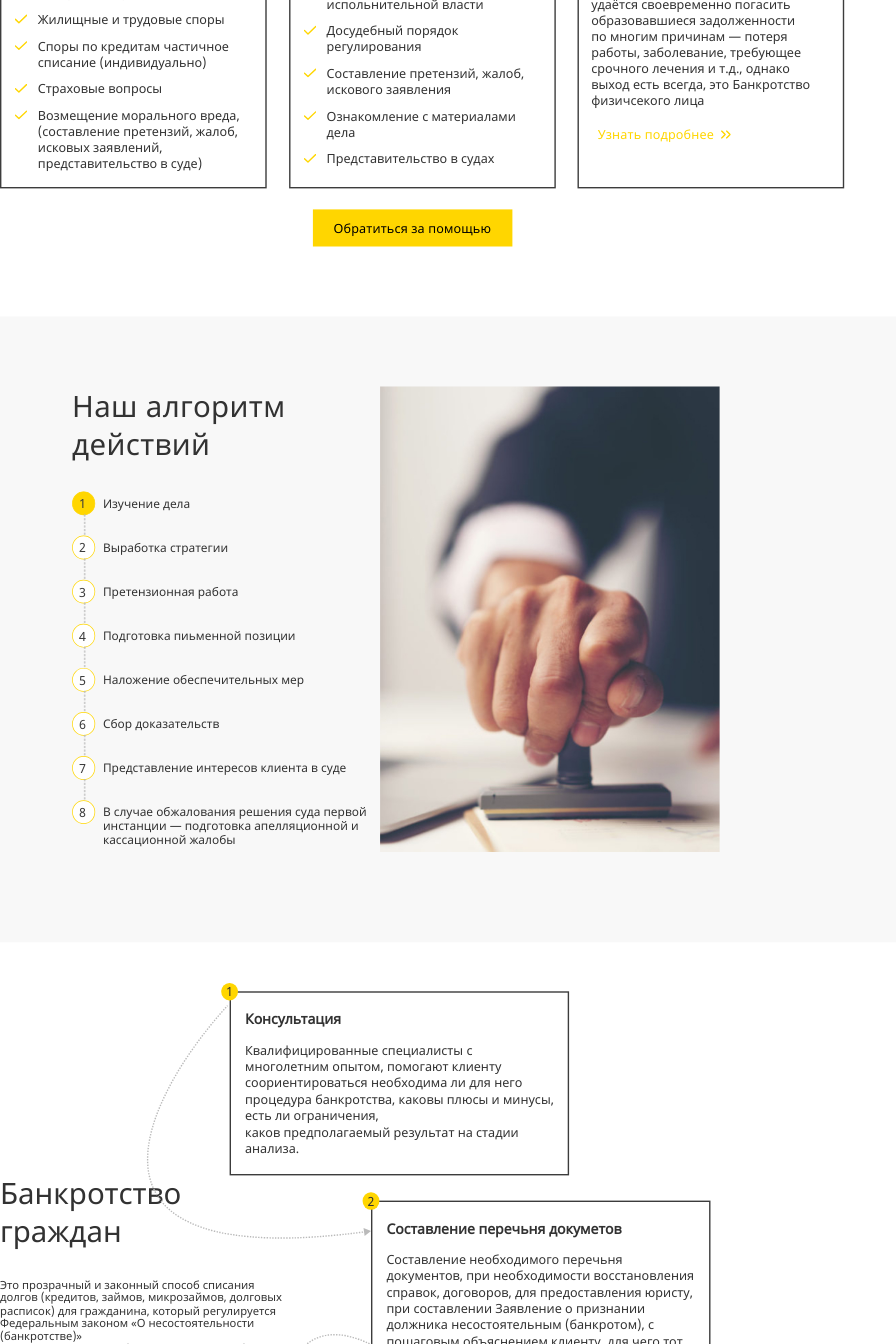
Repository: Nisovaki/antei
Page: http://localhost/
The author's editor kept a copy of each file at every save. The page is drawn from the files as they stood at one save, then again after a run of saves.
The browser window is 1280 px wide. The pictures show the part of the page from y = 1853 to 3773 px (the page is 6074 px tall), at 70% of full size.
The page is run by PHP 8.4 with error messages shown; the project is at /var/www/html/. Style sheets and scripts are compiled from the project's sources, by tool versions that may differ from the author's.

Above is the page before, as saved 2022-03-19 02:15:37.

After the next 3 saves:
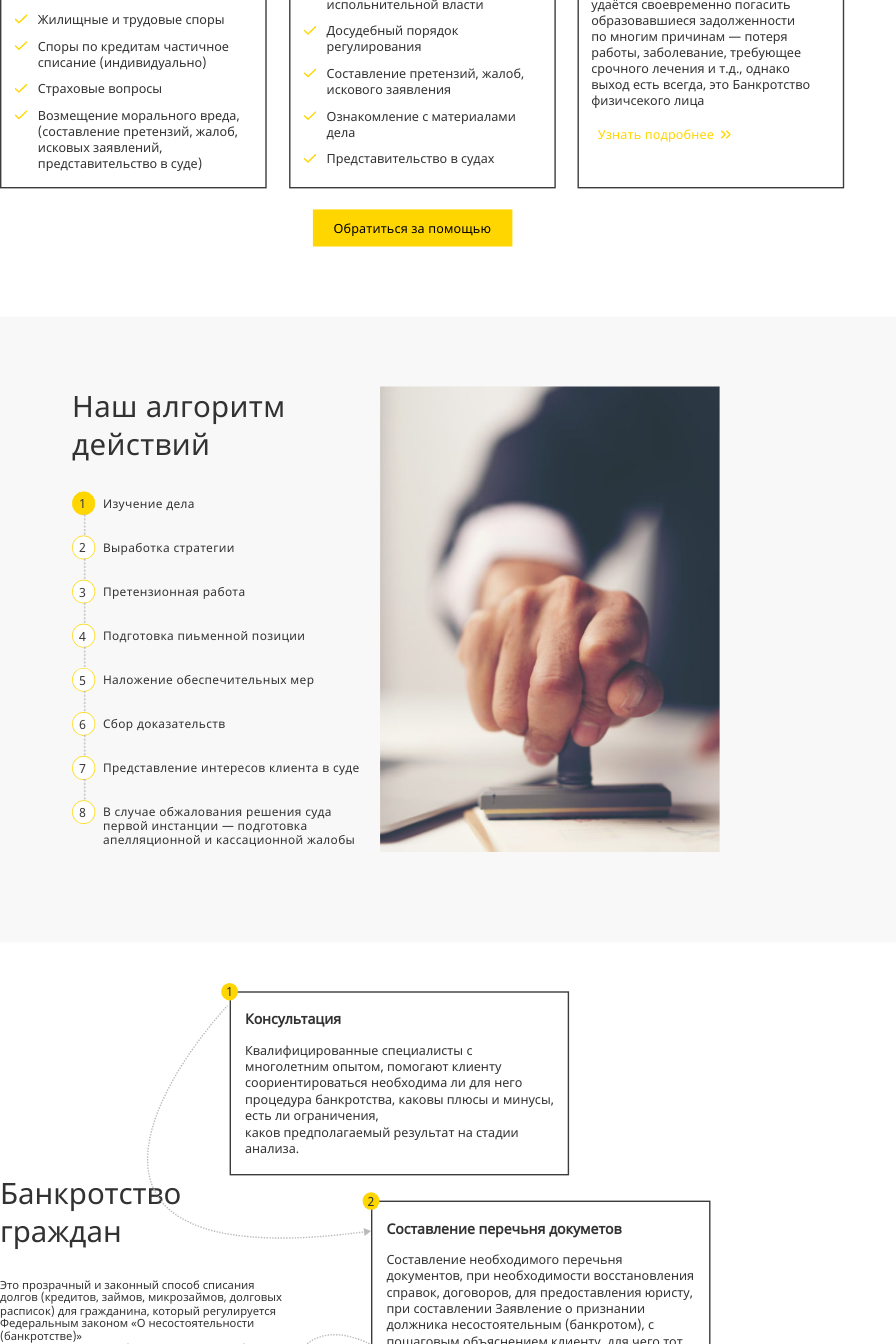
The 3 saves are shown as one change because they came seconds apart.
The last was saved 29 s later.
--- a/sass/block/_algorithm.sass
+++ b/sass/block/_algorithm.sass
@@ -38,6 +38,7 @@ ol
         padding: 7px 0 36px 44px
         position: relative
         line-height: 20px
+        letter-spacing: 0.5px
         &::marker
             display: none
         &::before
